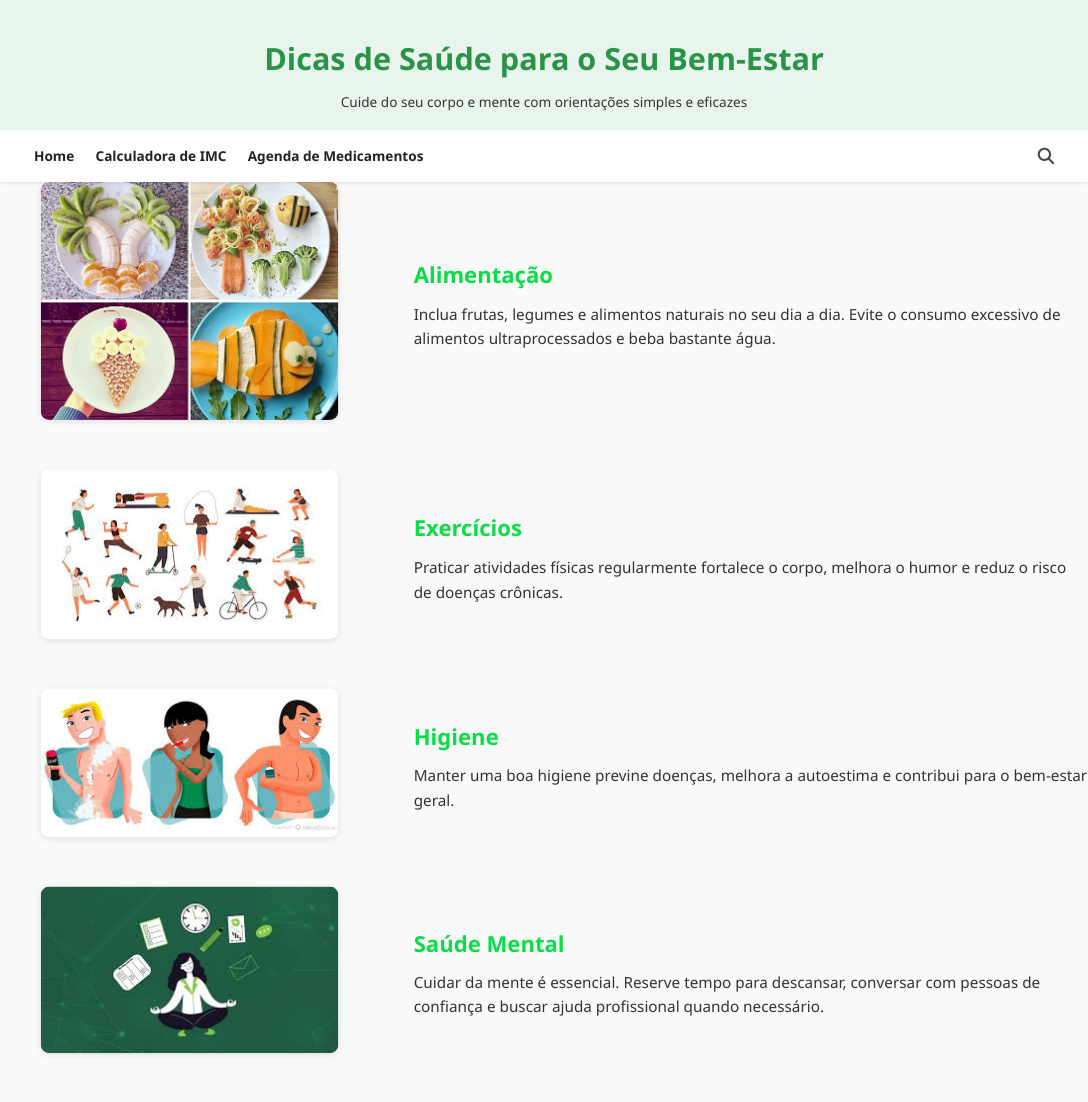
Repository: Cristiane-Sartori14/dicasSaude
Page: index.html
The author's editor kept a copy of each file at every save. The page is drawn from the files as they stood at one save, then again after the next save.
The browser window is 1280 px wide. The pictures show the whole page, at 85% of full size.

Above is the page before, as saved 2025-05-18 22:42:41.

After the next save:
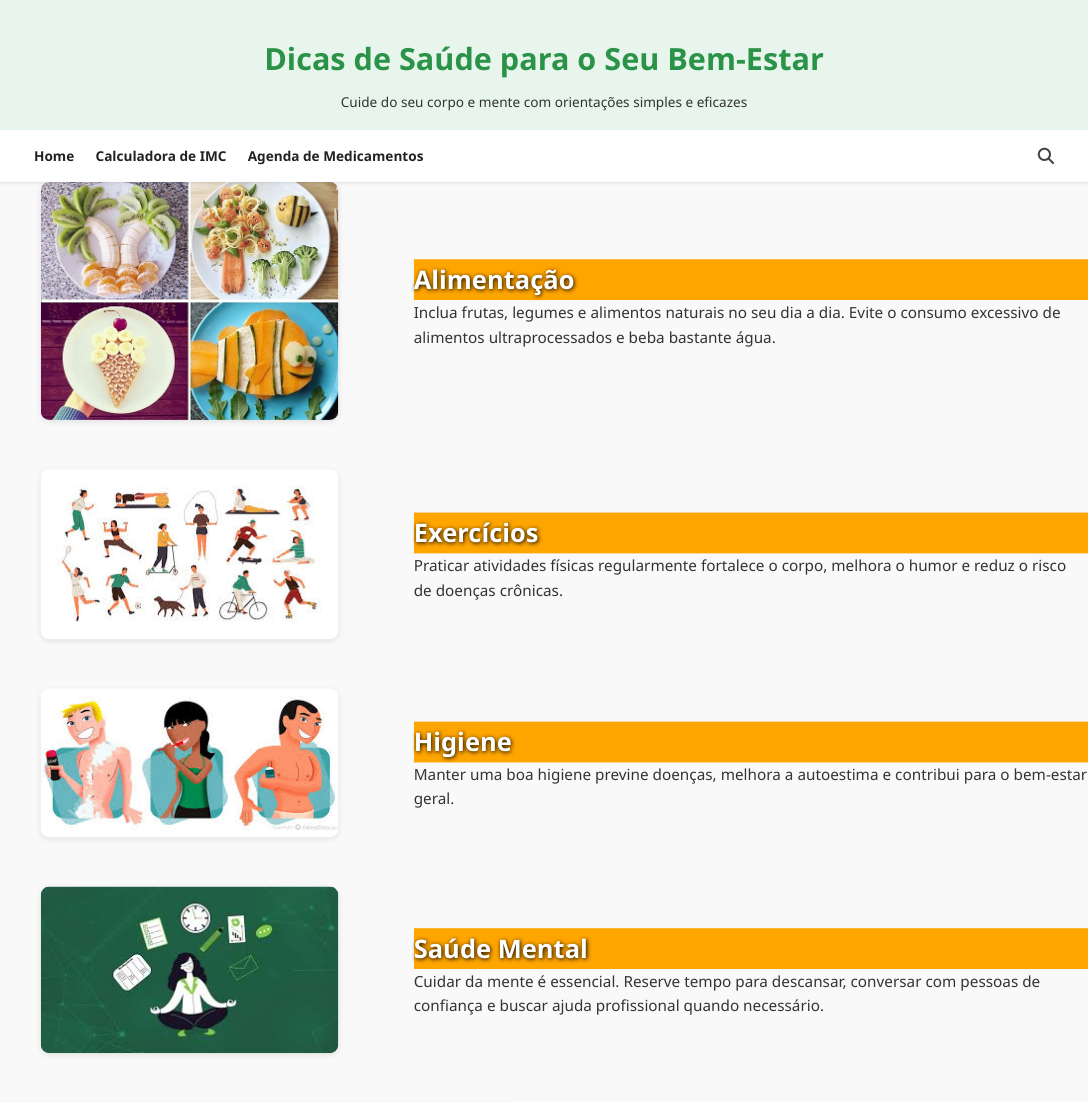
Saved 3 min 38 s later.
--- a/style.css
+++ b/style.css
@@ -113,9 +113,10 @@ body {
 }
 
 .texto h2 {
-  color: #0bdd47;
-  font-size: 26px;
-  margin-bottom: 10px;
+   font-size: 30px;
+    color: #fff;
+    background-color: orange;
+    text-shadow: 1px 1px 5px rgba(0, 0, 0);
 }
 
 .texto p {
